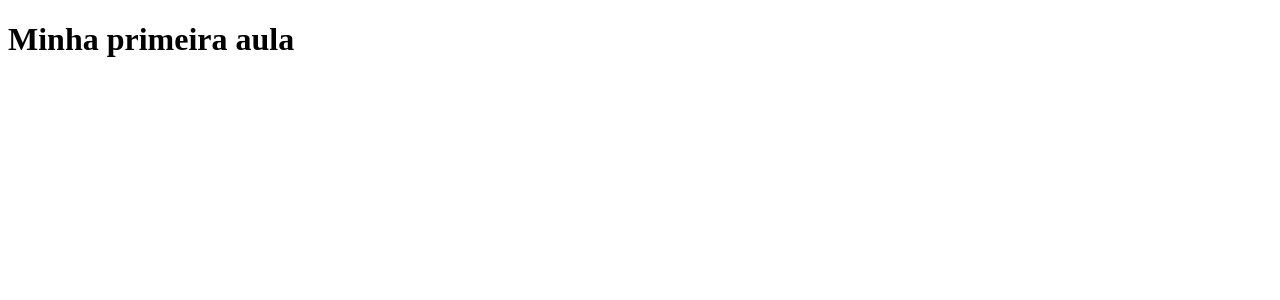
Repository: Giihmbert/aula-1
Page: index.html
These files come from the project's save history. The page is drawn as it stood at one moment and after the next save; the edit follows.
The browser window is 1280 px wide. The pictures show the whole page.

Above is the page before, as saved 2024-08-27 19:06:44.

After the next save:
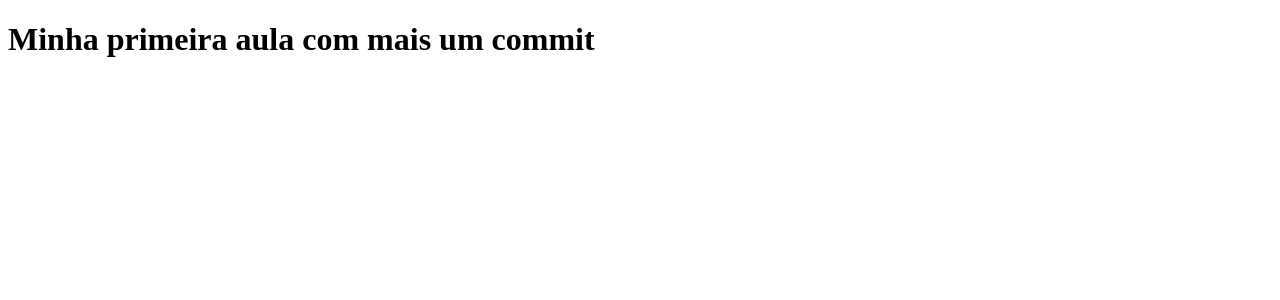
Saved 83 min 26 s later.
--- a/index.html
+++ b/index.html
@@ -7,7 +7,7 @@
 </head>
 
 <body>
-  <h1>Minha primeira aula</h1>
+  <h1>Minha primeira aula com mais um commit</h1>
 </body>
 
 </html>
